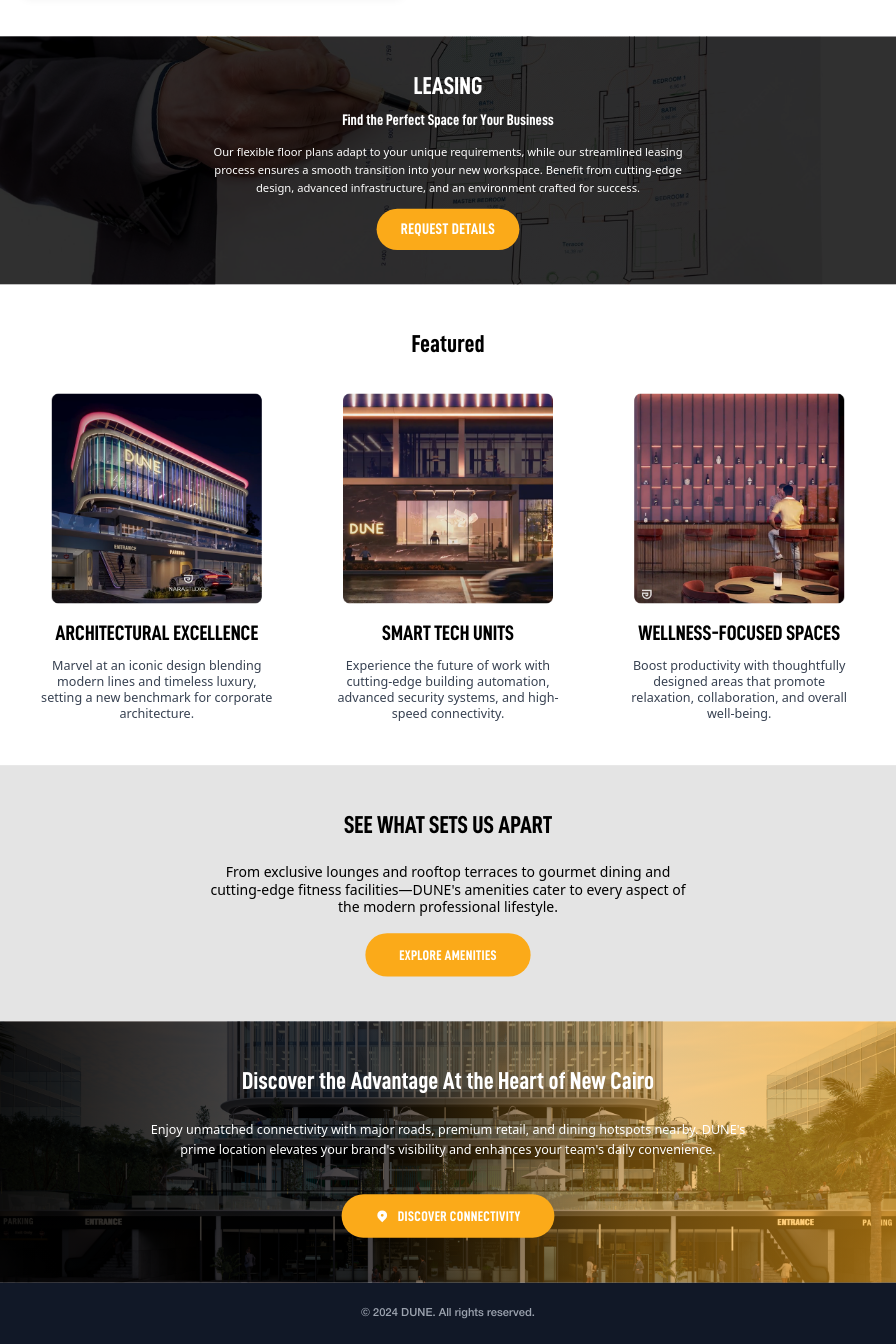
Repository: ahmedassr5765/dune
Page: index.html
An editor plug-in stored every save of this project. The page is shown before and after the next save, followed by the edit.
The browser window is 1280 px wide. The pictures show the part of the page from y = 2053 to 3973 px (the page is 3973 px tall), at 70% of full size.
Some web libraries are served in a nearby version.

Above is the page before, as saved 2025-07-12 19:14:43.

After the next save:
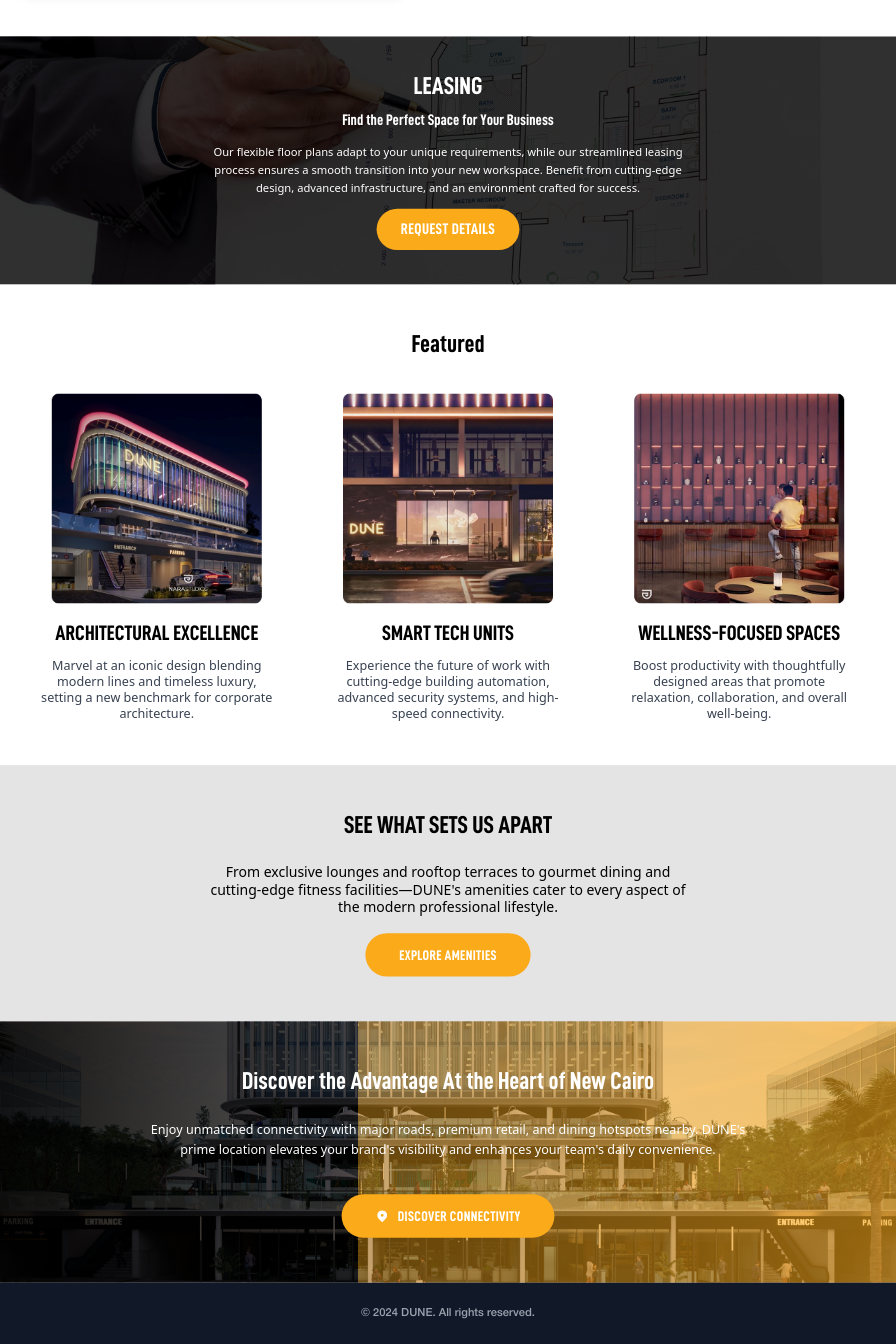
Saved 4 s later.
--- a/index.html
+++ b/index.html
@@ -400,7 +400,7 @@
     <section class="max-w-[1440px] mx-auto relative h-[373px] bg-cover bg-center bg-no-repeat" style="background-image: url('/images/discover.png');">
 
         <!-- Gradient Overlay -->
-        <div class="absolute inset-0" style="background: linear-gradient(to right, rgba(0,0,0,0.9) 0%, rgba(0,0,0,0.6) 40%, rgba(251,170,25,0.4) 70%, rgba(251,170,25,0.6) 100%);"></div>
+        <div class="absolute inset-0" style="background: linear-gradient(to right, rgba(0,0,0,0.9) 0%, rgba(0,0,0,0.6) 40%, rgba(251,170,25,0.4) 0%, rgba(251,170,25,0.6) 100%);"></div>
 
         <!-- Content -->
         <div class="relative z-10 h-full flex flex-col justify-center items-center text-center px-4 sm:px-6 lg:px-8">
